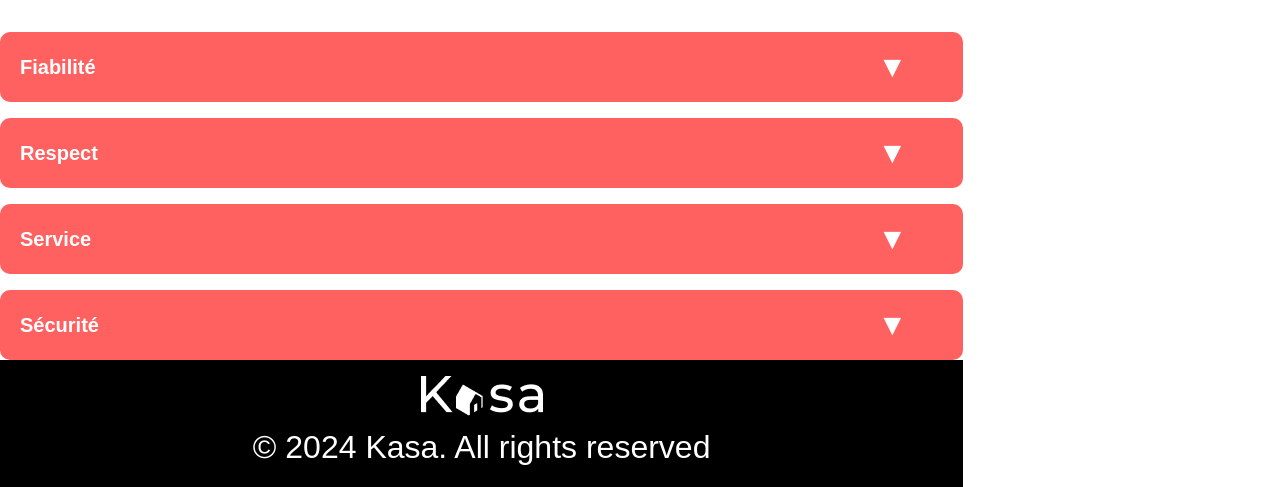
Repository: Dimple3377/kasa-project
Page: /about
These files come from the project's save history. The page is drawn as it stood at one moment and after the next save; the edit follows.
The browser window is 1280 px wide. The pictures show the part of the page from y = 382 to 869 px (the page is 869 px tall before and 837 px after).
The project was rebuilt for these pictures with package versions that can differ from the ones it lists, and the page was loaded fresh each time. Also part of the build but not shown: vite.config.js, src/Components/Card/Card.scss, src/Components/Card/Card.jsx, src/Pages/Home/Home.scss, src/Pages/Home/Home.jsx, src/Components/SlideShow/SlideShow.scss, src/Components/SlideShow/SlideShow.jsx, src/Pages/Logements/Logements.scss and 2 more.

Above is the page before, as saved 2024-04-08 00:04:17.

After the next save:
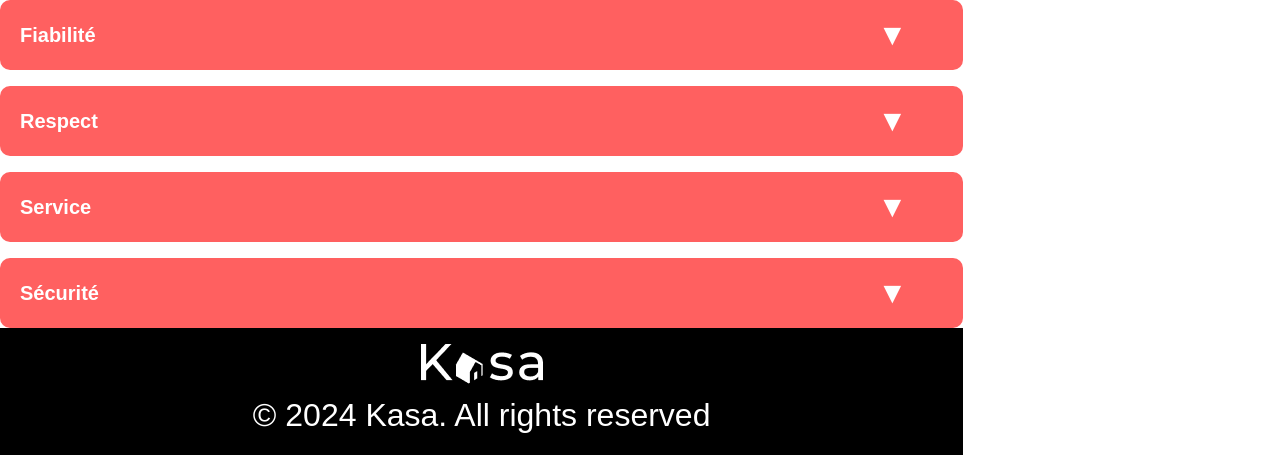
Saved 39 s later.
--- a/src/Pages/About/About.scss
+++ b/src/Pages/About/About.scss
@@ -6,20 +6,4 @@
     height: 30rem;
     padding: 1rem;
   }
-
-  .banner {
-    width: 100%;
-    height: 300px; // Hauteur de la bannière
-    background-size: cover;
-    background-position: center;
-    display: flex;
-    align-items: center;
-    justify-content: center;
-    padding: 2em 0;
-    margin-bottom: 2rem;
-
-    .footer {
-      position: absolute;
-    }
-  }
 }

After the save that followed:
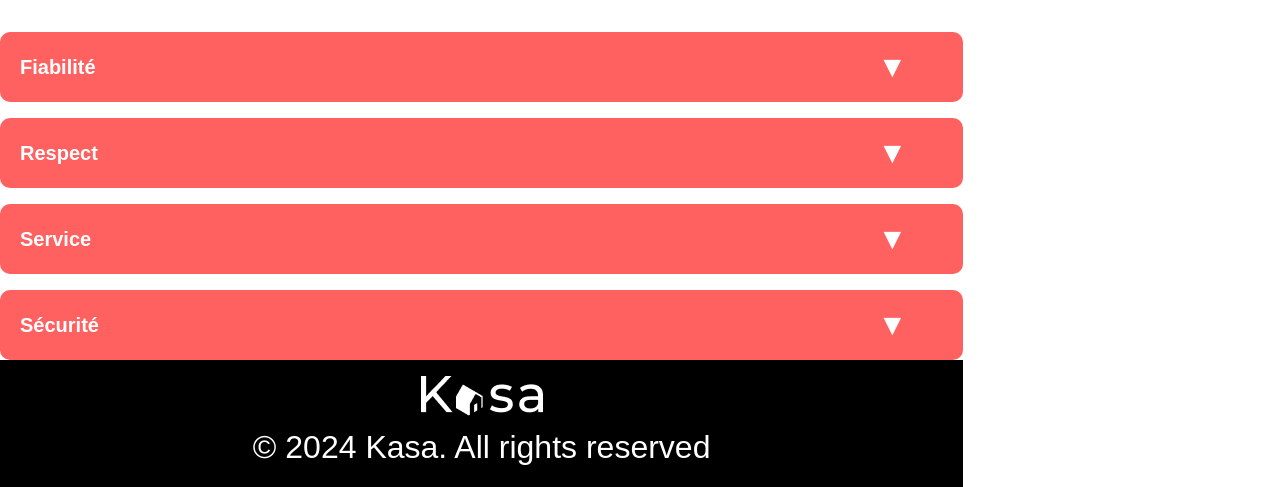
Saved 6 s later.
--- a/src/Pages/About/About.scss
+++ b/src/Pages/About/About.scss
@@ -6,4 +6,20 @@
     height: 30rem;
     padding: 1rem;
   }
+
+  .banner {
+    width: 100%;
+    height: 300px; // Hauteur de la bannière
+    background-size: cover;
+    background-position: center;
+    display: flex;
+    align-items: center;
+    justify-content: center;
+    padding: 2em 0;
+    margin-bottom: 2rem;
+
+    .footer {
+      position: absolute;
+    }
+  }
 }
